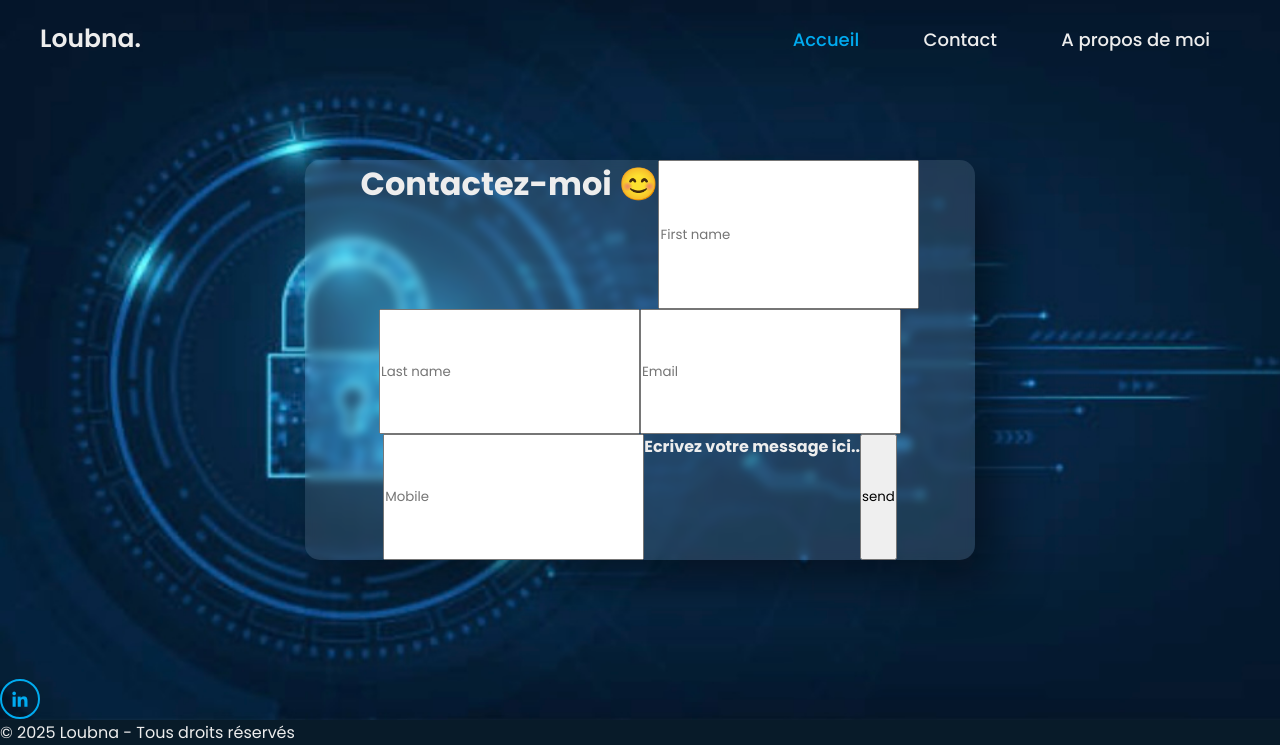
Repository: Loubna77290/Portfolio-de-Loubna
Page: contact.html
These files come from the project's save history. The page is drawn as it stood at one moment and after the next save; the edit follows.
The browser window is 1280 px wide. The pictures show the whole page.

Above is the page before, as saved 2025-03-10 23:36:09.

After the next save:
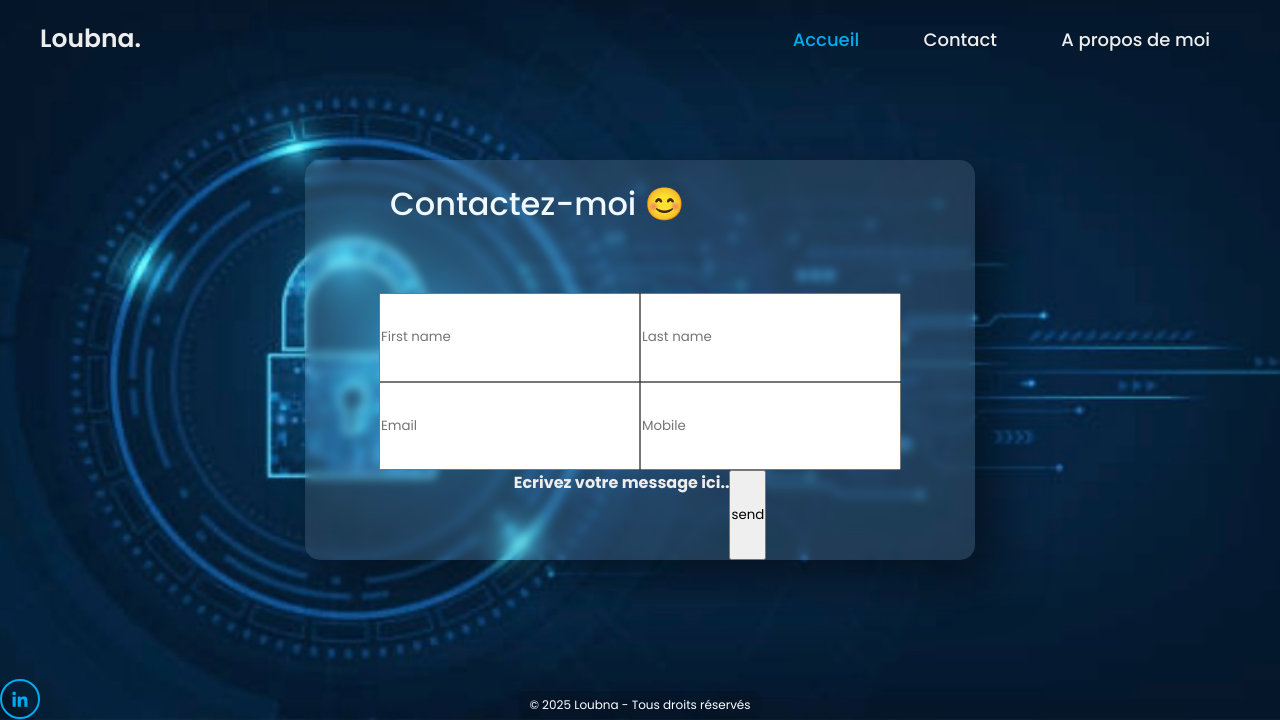
Saved 85 s later.
--- a/style.css
+++ b/style.css
@@ -283,7 +283,13 @@ body {
     flex-wrap: wrap;
 }
 
-.
+.contact-background h1 {
+    color: aliceblue;
+    font-weight: 500;
+    margin-top: 20px;
+    width: 500px;
+
+}
 
 /* footer page à propos de moi  */
 footer {
